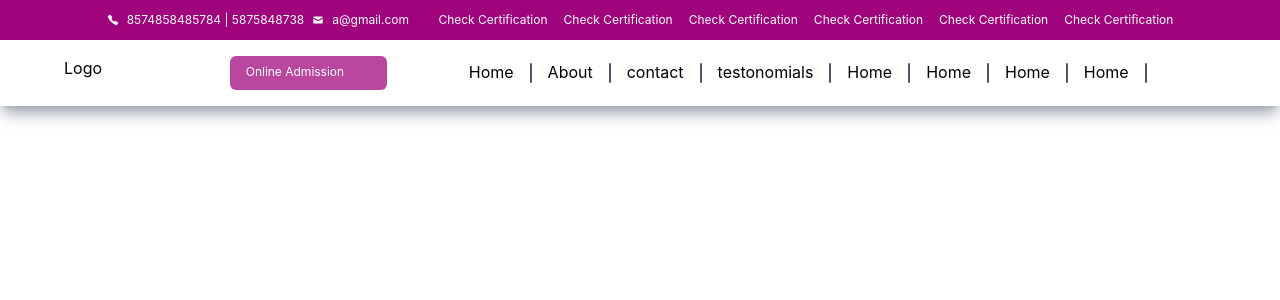
Repository: Sushant203/react-training-
Page: /
An editor plug-in stored every save of this project. The page is shown before and after the next save, followed by the edit.
The browser window is 1280 px wide. The pictures show the whole page.
The project was rebuilt for these pictures with package versions that can differ from the ones it lists, and the page was loaded fresh each time. Also part of the build but not shown: src/App.css, src/components/LowerNav.jsx, src/components/UpperNav.jsx.

Above is the page before, as saved 2022-12-19 09:55:12.

### src/App.js

import './App.css';
import LowerNav from './components/LowerNav';
import UpperNav from './components/UpperNav';
import Layout from './Hoc/Layout/Layout'

function App() {
  return (
    <div>
     <Layout />
    </div>
  );
}

export default App;

### src/Hoc/Layout/Layout.jsx
import React from "react";
import Toolbar from "../../components/Naviagtion/Toolbar/index";

function Layout() {
  return (
    <div>
      {/* toolbar */}
      <Toolbar />
    </div>
  );
}

export default Layout;

### src/components/Naviagtion/Toolbar/index.jsx
import React from "react";
import Header from "./header";
import Secondary from "./Secondary";

function Index() {
  return (
    <div className="h-fit bg-mainColor w-screen shadow-lg shadow-gray-400 ">
      <Header />
      <Secondary />
    </div>
  );
}

export default Index;

### src/components/Naviagtion/Toolbar/header.jsx
import React from "react";
import { IoCallSharp } from "react-icons/io5";
import { HiMail } from "react-icons/hi";
function Header() {
  const NavLinks = [
    { title: "check certificate" },
    { title: "check certificate" },
    { title: "check certificate" },
    { title: "check certificate" },
    { title: "check certificate" },
    { title: "check certificate" },
  ];
  return (
    <div className="py-3  w-10/12 mx-auto flex items-center justify-between text-xs">
      {/* number and email */}
      <div className="flex gap-2  text-white">
        <div className="flex gap-2  items-center">
          <IoCallSharp />
          8574858485784 | 5875848738
        </div>
        <div className=" flex gap-2 items-center">
          <HiMail />
          a@gmail.com
        </div>
      </div>
      {/* navigation links */}
      <div className="text-white flex gap-4 text-xs ">
        {NavLinks.map((val, i) => {
          return (
            <div key={i} className="capitalize ">
              check certification
            </div>
          );
        })}
      </div>
    </div>
  );
}

export default Header;

### src/components/Naviagtion/Toolbar/Secondary.jsx
import React from "react";

function Secondary() {
  const Nalink = [
    {
      title: "Home",
    },
    {
      title: "About",
    },
    {
      title: "contact",
    },
    {
      title: "testonomials",
    },
    {
      title: "Home",
    },
    {
      title: "Home",
    },
    {
      title: "Home",
    },
    {
      title: "Home",
    },
  ];
  return (
    <div className="grid grid-cols-7 gap-2 justify-between px-16 w-full py-4 bg-white">
      <div>Logo</div>
      <div className="bg-mainColor px-4 py-2 animate-pulse duration-700 delay-200 text-xs rounded-md transition-all cursor-pointer text-white">
        Online Admission
      </div>
      <div className="col-span-5  flex justify-center items-center gap-3">
        {Nalink.map((val, i) => {
          return (
            <div key={i} className="flex items-center gap-3">
              <div className="border-b-2 w-fit  border-transparent hover:border-mainColor rounded-sm p-1 cursor-pointer  ">
                {val.title}
              </div>
              <div className="h-5 w-[2px] rounded-md bg-gray-600"></div>
            </div>
          );
        })}
      </div>
    </div>
  );
}

export default Secondary;

### tailwind.config.js
/** @type {import('tailwindcss').Config} */
module.exports = {
  content: [
    "./src/**/*.{js,jsx,ts,tsx}",
  ],
  theme: {
    extend: {
      colors:{
        mainColor:'#A0047D'
      }
    },
  },
  plugins: [],
}

Loaded but not shown: public/index.html (common file); src/index.js (common file); src/index.css (common file); src/reportWebVitals.js (common file)

After the next save:
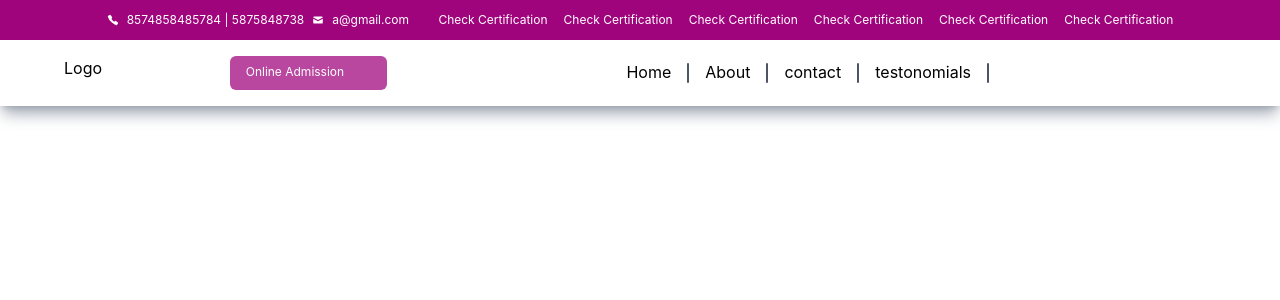
Saved 6 s later.
--- a/src/components/Naviagtion/Toolbar/Secondary.jsx
+++ b/src/components/Naviagtion/Toolbar/Secondary.jsx
@@ -13,18 +13,6 @@ function Secondary() {
     },
     {
       title: "testonomials",
-    },
-    {
-      title: "Home",
-    },
-    {
-      title: "Home",
-    },
-    {
-      title: "Home",
-    },
-    {
-      title: "Home",
     },
   ];
   return (
